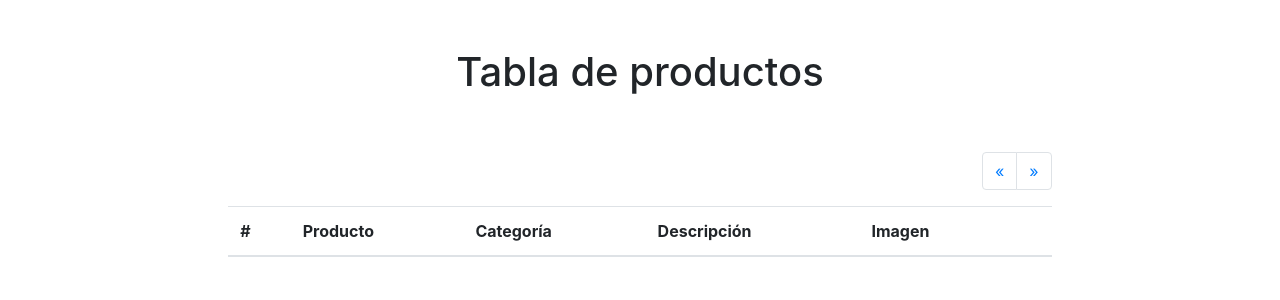
Repository: pedro-donoso/tabla-paginada
Page: index.html
These files come from the project's save history. The page is drawn as it stood at one moment and after the next save; the edit follows.
The browser window is 1280 px wide. The pictures show the whole page.
The page's requests for data from a server got no answer.

Above is the page before, as saved 2024-02-08 01:40:15.
Console error: TypeError: info.slice is not a function

### index.html
<!doctype html>
<html lang="es">

<head>
    <!-- Required meta tags -->
    <meta charset="utf-8">
    <meta name="viewport" content="width=device-width, initial-scale=1, shrink-to-fit=no">

    <!-- Bootstrap CSS -->
    <link rel="stylesheet" href="https://cdn.jsdelivr.net/npm/bootstrap@4.3.1/dist/css/bootstrap.min.css"
        integrity="sha384-ggOyR0iXCbMQv3Xipma34MD+dH/1fQ784/j6cY/iJTQUOhcWr7x9JvoRxT2MZw1T" crossorigin="anonymous">

    <title>Tabla paginada</title>
</head>

<body>
    <div class="container-fluid">
        <div class="row my-5">
            <div class="col text-center">
                <h1>Tabla de productos</h1>
            </div>
        </div>
        <div class="row">
            <div class="col-8 offset-2">
                <div class="d-flex justify-content-end">
                    <nav aria-label="Page navigation example">
                        <ul class="pagination">
                            <li class="page-item">
                                <button class="page-link" onclick="anteriorPagina()">
                                    <span aria-hidden="true">&laquo;</span>
                                </button>
                            </li>
                            <div id="items" class="d-flex"></div>
                            <li class="page-item">
                                <button class="page-link" onclick="siguientePagina()">
                                    <span aria-hidden="true">&raquo;</span>
                                </button>
                            </li>
                        </ul>
                    </nav>
                </div>

                <table class="table table-striped">
                    <thead>
                        <tr>
                            <th scope="col">#</th>
                            <th scope="col">Producto</th>
                            <th scope="col">Categoría</th>
                            <th scope="col">Descripción</th>
                            <th scope="col">Imagen</th>
                            <th scope="col"></th>
                        </tr>
                    </thead>
                    <tbody id="cuerpo-tabla">

                    </tbody>
                </table>
            </div>
        </div>
    </div>


    <!-- Optional JavaScript -->
    <!-- jQuery first, then Popper.js, then Bootstrap JS -->
    <script src="https://code.jquery.com/jquery-3.3.1.slim.min.js"
        integrity="sha384-q8i/X+965DzO0rT7abK41JStQIAqVgRVzpbzo5smXKp4YfRvH+8abtTE1Pi6jizo"
        crossorigin="anonymous"></script>
    <script src="https://cdn.jsdelivr.net/npm/popper.js@1.14.7/dist/umd/popper.min.js"
        integrity="sha384-UO2eT0CpHqdSJQ6hJty5KVphtPhzWj9WO1clHTMGa3JDZwrnQq4sF86dIHNDz0W1"
        crossorigin="anonymous"></script>
    <script src="https://cdn.jsdelivr.net/npm/bootstrap@4.3.1/dist/js/bootstrap.min.js"
        integrity="sha384-JjSmVgyd0p3pXB1rRibZUAYoIIy6OrQ6VrjIEaFf/nJGzIxFDsf4x0xIM+B07jRM"
        crossorigin="anonymous"></script>

    <script type="module" src="./js/app.js"></script>
</body>

</html>

### js/app.js
import { traerData } from "./api-fetch.js";

const info = await traerData();

console.log(info);

const cuerpoTabla = document.querySelector("#cuerpo-tabla");

// Variables para la paginación
let limite = 5;
let desde = 0;
let paginas = info.length / limite;
let paginaActiva = 1;

let arreglo = info.slice(desde, limite);

const cargarProductos = () => {
  cuerpoTabla.innerHTML = "";
  arreglo.map((producto) => {
    const filaTabla = document.createElement("tr");
    filaTabla.setAttribute("key", producto.id);

    // Creamos un elemento <img> para mostrar la imagen del producto
    const imagen = document.createElement("img");
    imagen.src = producto.image; // Suponiendo que la URL de la imagen se proporciona en la respuesta de tu API
    imagen.alt = producto.title; // Establecemos el atributo alt para accesibilidad
    imagen.width = "100"; // Establecemos el ancho de la imagen en 100 píxeles (puedes ajustar el valor según sea necesario)

    // Creamos celdas de tabla para el ID del producto, el título del producto y la imagen del producto
    const celdaId = `<th scope="row">${producto.id}</th>`;
    const celdaTitulo = `<td>${producto.title}</td>`;
    const celdaCategoria = `<td>${producto.category}</td>`;
    const celdaDescripcion = `<td>${producto.description}</td>`;
    const celdaImagen = document.createElement("td");
    celdaImagen.appendChild(imagen); // Agregamos el elemento <img> a la celda

    // Agregamos todas las celdas de la tabla a la fila de la tabla
    filaTabla.innerHTML = celdaId + celdaTitulo + celdaCategoria + celdaDescripcion;
    filaTabla.appendChild(celdaImagen);

    // Agregamos la fila de la tabla al cuerpo de la tabla
    cuerpoTabla.appendChild(filaTabla);
  });
  cargarItemPaginacion();
};


const cargarItemPaginacion = () => {
  document.querySelector("#items").innerHTML = "";

  for (let index = 0; index < paginas; index++) {
    const item = document.createElement("li");
    item.classList = `page-item ${paginaActiva==index+1 ?"active":'' }`;
    const enlace = `<button class="page-link" onclick="pasarPagina(${index})">${
      index + 1
    }</button>`;
    item.innerHTML = enlace;
    document.querySelector("#items").append(item);
  }
};

const modificarProductos =()=>{
    arreglo = info.slice(desde, limite * paginaActiva);
    cargarProductos();
}

window.pasarPagina = (pagina) => {
  paginaActiva = pagina + 1;
  desde = limite * pagina;

  if (desde <= info.length) {
    modificarProductos()
  }
};

window.siguientePagina = () => {
  if (paginaActiva < paginas) {
    desde += 5;
    paginaActiva++;
    modificarProductos();
  }
};

window.anteriorPagina = () => {
  if (desde > 0) {
    desde -= 5;
    paginaActiva--;
    modificarProductos();
  }
};

cargarProductos();

### js/api-fetch.js
const url = "https://fakestoreapi.com/products";

export const traerData = async () => {
  try {
    const resp = await fetch(url);
    const data = await resp.json();

    return data;
  } catch (error) {
    return error;
  }
};

After the next save:
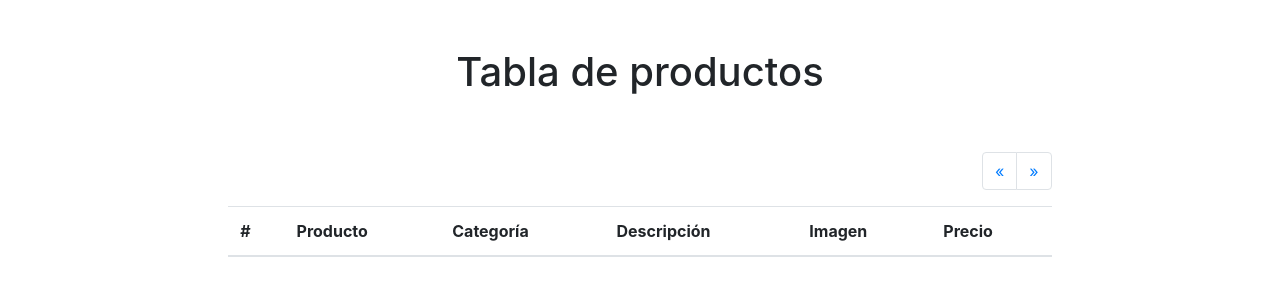
Saved 9 s later.
--- a/index.html
+++ b/index.html
@@ -48,7 +48,7 @@
                             <th scope="col">Categoría</th>
                             <th scope="col">Descripción</th>
                             <th scope="col">Imagen</th>
-                            <th scope="col"></th>
+                            <th scope="col">Precio</th>
                         </tr>
                     </thead>
                     <tbody id="cuerpo-tabla">
